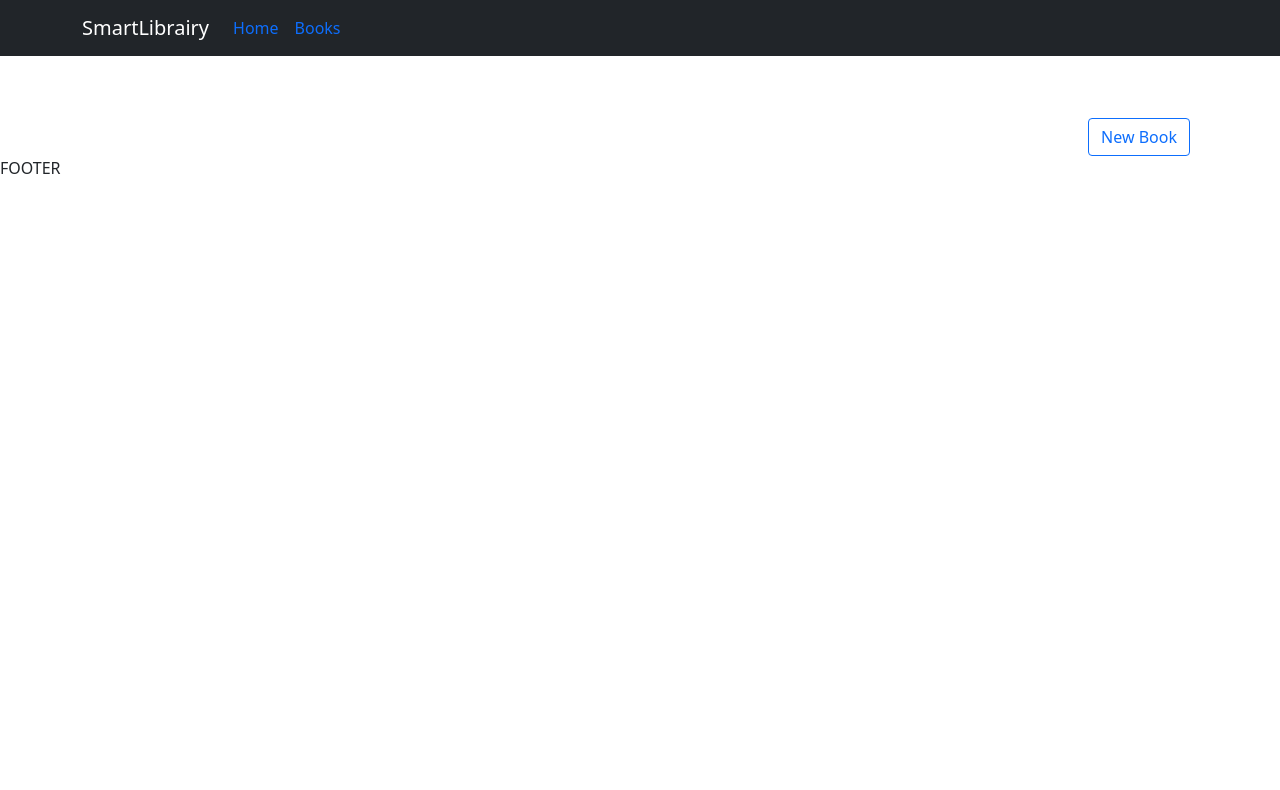
Repository: FS-23/smart-librairy
Page: http://localhost/books/list
An editor plug-in stored every save of this project. The page is shown before and after the next save, followed by the edit.
The browser window is 1280 px wide. The pictures show the whole page.
The page is served by the project's Laravel application, run on PHP 8.4 with Laravel 9. Other server files are loaded and not shown. Queries for data that is not in the repository find no rows.

Above is the page before, as saved 2022-06-10 14:10:13.

### routes/web.php
<?php

use Illuminate\Support\Facades\Route;
use Illuminate\Http\Request;
use App\Http\Controllers\BookController;

/*
    |--------------------------------------------------------------------------
    | Web Routes
    |--------------------------------------------------------------------------
    |
    | Here is where you can register web routes for your application. These
    | routes are loaded by the RouteServiceProvider within a group which
    | contains the "web" middleware group. Now create something great!
    |
*/

Route::get('/', function () {
    return redirect('/books/list');
});
Route::get('/books/list' , [BookController::class , 'index']);
Route::get('/books/create',[BookController::class , 'create']);
Route::get('/books/update/{id}',[BookController::class , 'edit']);
Route::post('/books/store' , [BookController::class , 'store']);
Route::post('/books/update/{id}' , [BookController::class , 'update']);
Route::get('/books/detail/{id}' , [BookController::class, 'show']);
Route::get('/books/delete/{id}' , [BookController::class, 'destroy']);

Route::view('/file' , 'file');

Route::post('/file/store' , function(Request $request){
    //hasFile

    $file = $request -> file('myFile');

    // Storage::put('myfile.jpg', $file);
     $storeResult = $file->store('public/bookImages'); // file est le name de votre input dans file.blade.php
    // return $storeResult;

    $fileName = str_replace('public' , 'storage' , $storeResult);
     return  $fileName;
});

### app/Http/Controllers/BookController.php
<?php

namespace App\Http\Controllers;

use App\Models\Book;
use Illuminate\Http\Request;

class BookController extends Controller
{

    public function index()
    {

        return view('book.list', ['books' => Book::all()]);
    }

    public function create()
    {
        return view('book.create');
    }

    public function store(Request $request)
    {
        $data = $request -> all();
        $file = $request -> file('bookImage');
        $fileStoreResult = $file->store('/public/bookImages');
        $fileName = str_replace('public', 'storage' , $fileStoreResult);
        $data['image'] = $fileName;
        $createdBook = Book::create($data);
        return redirect('/books/list');
    }


    public function show($id)
    {
        return  view('book.detail' , ["book" => Book::find($id)]);
    }


    public function edit($id)
    {
        return view('book.update' , ["book" => Book::find($id)]);
    }


    public function update(Request $request, $id)
    {
        $book = Book::find($id);
        if($request->hasFile("bookImage")){
            $file = $request -> file('bookImage');
            $fileStoreResult = $file->store('/public/bookImages');
            $fileName = str_replace('public', 'storage' , $fileStoreResult);
            $book -> image = $fileName;
        }

        $book ->update($request->all());
        return redirect('/books/list');
        //
    }

    public function destroy($id)
    {
        Book::destroy($id);
        return redirect('/books/list');
    }
}

### app/Models/Book.php
<?php

namespace App\Models;

use Illuminate\Database\Eloquent\Factories\HasFactory;
use Illuminate\Database\Eloquent\Model;

class Book extends Model
{
    use HasFactory;

    protected $fillable  = ["title", "author" , "description" , "categorie" , 'image'];
}

### resources/views/book/list.blade.php

 @extends('layout.layout')

 @section('content')
     <div class="mt-3 container">
             <div class="d-block text-end pe-2">
                 <a href="/books/create" class="btn btn-outline-primary mt-5">New Book</a>
             </div>
             <div class="row mx-0">
                 @foreach($books as $book)
                     <div style="" class="mt-3 col-12 col-sm-6 col-lg-4">
                         <div class="h-100">
                             <div class="bg-light p-3 d-flex justify-content-center align-items-center" style="height: 150px">
                                 <h3>{{ $book -> title }}</h3>
                                 <img src="{{ url($book->image) }}" width="70" height="100" alt="">
                             </div>
                             <div class="bg-dark text-white p-3 ">
                                 <p style="white-space: nowrap; overflow: hidden;text-overflow: ellipsis" class="">{{ $book -> description }}</p>
                                 <a href="/books/detail/{{ $book->id }}" class="btn btn-primary">More</a>
                             </div>
                         </div>
                     </div>
                 @endforeach

             </div>
     </div>
 @endsection

### resources/views/layout/layout.blade.php
<!DOCTYPE html>
<html lang="en">
<head>
    <meta charset="UTF-8">
    <meta name="viewport" content="width=device-width, initial-scale=1.0">
    <meta http-equiv="X-UA-Compatible" content="ie=edge">
    <title>SMART LIBRAIRY</title>
    <style>
        html , body{
            min-height: 100vh;
        }
    </style>
    <link rel="stylesheet" href="https://cdn.jsdelivr.net/npm/bootstrap@5.1.3/dist/css/bootstrap.min.css">
</head>
<body>
    <header style="position: fixed; top:0; width: 100%">
        <nav class="navbar navbar-expand-lg  bg-dark  text-white">
             <div class="container">
                  <div class="navbar-brand text-white">SmartLibrairy</div>

                  <button class="navbar-toggler" data-bs-toggle="collapse" href="#menu-container">
                     <span class="navbar-toggler-icon"></span>
                  </button>
                  <div class="collapse navbar-collapse" id="menu-container">
                    <ul class="navbar-nav">
                        <li class="nav-item">
                            <a href="/" class="nav-link">Home</a>
                        </li>
                        <li class="nav-item">
                             <a href="/books/list" class="nav-link">Books</a>
                        </li>
                    </ul>
                  </div>
             </div>

        </nav>
    </header>
    <section style="margin-top: 70px">
        @yield('content')
    </section>

    <section>
        @if($errors->count()>0)
            @foreach($errors->all() as $error)
                <h6 class="text-danger">{{ $error }}</h6>
            @endforeach
        @endif
    </section>
    <footer>
        FOOTER
    </footer>

    <script src="https://cdn.jsdelivr.net/npm/bootstrap@5.1.3/dist/js/bootstrap.bundle.min.js"></script>
</body>
</html>

Loaded but not shown: app/Http/Controllers/Controller.php (common file)

After the next save:
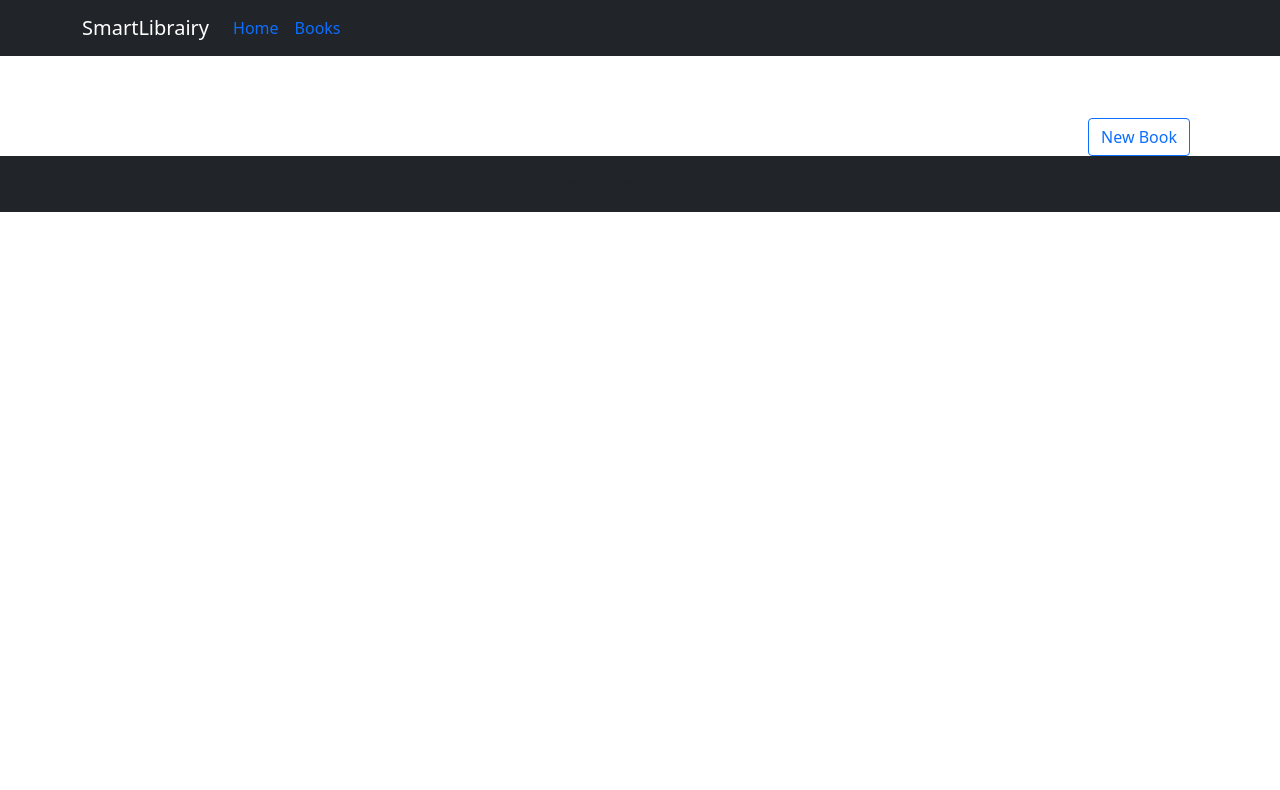
Saved 70 s later.
--- a/resources/views/layout/layout.blade.php
+++ b/resources/views/layout/layout.blade.php
@@ -46,8 +46,8 @@
             @endforeach
         @endif
     </section>
-    <footer>
-        FOOTER
+    <footer class="footer bg-dark p-3 text-center">
+         ©copyright FS-23 2022
     </footer>
 
     <script src="https://cdn.jsdelivr.net/npm/bootstrap@5.1.3/dist/js/bootstrap.bundle.min.js"></script>
